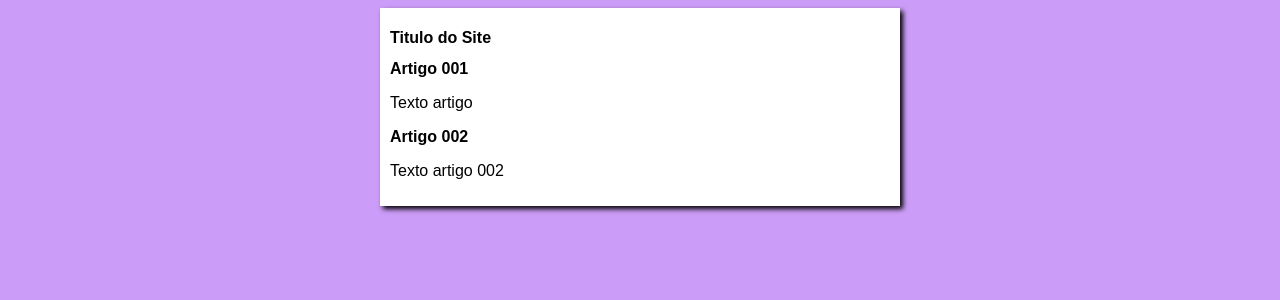
Repository: robertacristinaabreu01/projeto-siteGitHub
Page: index.html
The author's editor kept a copy of each file at every save. The page is drawn from the files as they stood at one save, then again after the next save.
The browser window is 1280 px wide. The pictures show the whole page.

Above is the page before, as saved 2021-01-23 21:52:07.

### index.html
<!DOCTYPE html>
<html lang="pt-br">

<head>
    <meta charset="UTF-8">
    <meta name="viewport" content="width=device-width, initial-scale=1.0">
    <title>Titulo do Site</title>
    <link rel="stylesheet" href="estilos/style.css">
</head>

<body>
    <main>
        <header>
            <h1>Titulo do Site</h1>
        </header>
        <article>
            <h1>Artigo 001</h1>
            <p>Texto artigo</p>
        </article>
        <article>
            <h1>Artigo 002</h1>
            <p>Texto artigo 002</p>
        </article>
    </main>
</body>

</html>

### estilos/style.css
* {
    font-family: Arial, helvetica, sans-serif;
    font-size: 16px;
}

body {
    background-color: rgb(204, 157, 248);
}

main {
    background-color: white;
    width: 500px;
    padding: 10px;
    margin: auto;
    box-shadow: 3px 3px 5px black
    ;
}

After the next save:
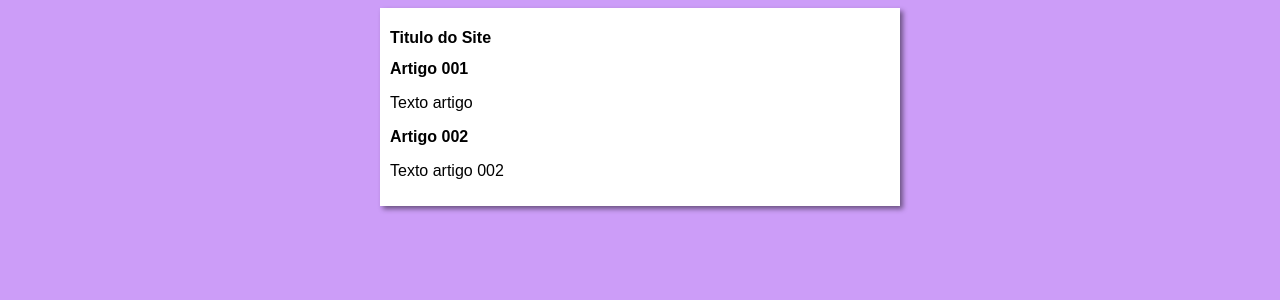
Saved 49 s later.
--- a/estilos/style.css
+++ b/estilos/style.css
@@ -12,6 +12,6 @@ main {
     width: 500px;
     padding: 10px;
     margin: auto;
-    box-shadow: 3px 3px 5px black
+    box-shadow: 3px 3px 5px rgba(0, 0, 0, 0.473)
     ;
 }
